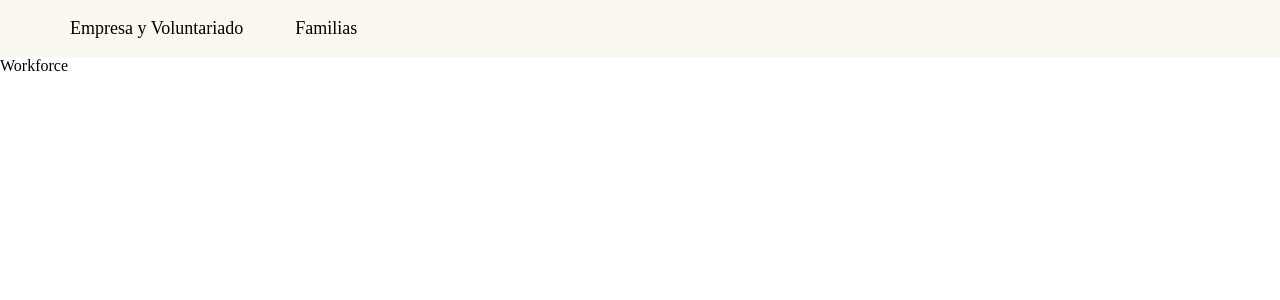
Repository: Synergy-club/reconstruction
Page: /
The author's editor kept a copy of each file at every save. The page is drawn from the files as they stood at one save, then again after the next save.
The browser window is 1280 px wide. The pictures show the whole page.
The project was rebuilt for these pictures with package versions that can differ from the ones it lists, and the page was loaded fresh each time. Also part of the build but not shown: vite.config.js, src/views/Families/Families.jsx.

Above is the page before, as saved 2024-12-10 01:24:36.

### index.html
<!DOCTYPE html>
<html lang="en">
  <head>
    <meta charset="UTF-8" />
    <link rel="icon" type="image/svg+xml" href="/vite.svg" />
    <meta name="viewport" content="width=device-width, initial-scale=1.0 user-scalable=no" />
    <meta name="description" content="Agrupación de profesionales de primer nivel de los sectores de la logística, arquitectura y construcción unidos para gestionar y coordinar los esfuerzos de reconstrucción tras las inundaciones. Garantizando la trazabilidad y transparencia de las donaciones.
      La emisión de certificados inmediatos de donaciones así como los reconocimientos al voluntariado se harán bajo el paraguas de Fundación Synergy Club internacional, una plataforma abierta que suma acciones de asociaciones y fundaciones. Siempre y todas ellas sin ninguna vinculación política y sin ánimo de lucro.
      Esta iniciativa está abierta a todos los profesionales, voluntarios y héroes vecinales que necesitan o pueden aportar recursos eficientes y de calidad para la reconstrucción.
      Nos apoyamos y promovemos las agrupaciones improvisadas de vecinos de las zonas afectadas por la catástrofe que han reaccionado y son un referente de ayuda inmediata y conocimiento real de las situaciones de sus vecinos."
    />
    <meta name="author" content="Synergy Clubs International" />
    <title>Reconstrucción Valencia</title>
  </head>
  <body>
    <div id="root"></div>
    <script type="module" src="/src/main.jsx"></script>
  </body>
</html>

### src/main.jsx
import { StrictMode } from 'react'
import { createRoot } from 'react-dom/client'
import { BrowserRouter } from 'react-router-dom'
import './assets/global-style/style.css'
import App from './App.jsx'
import { ReducerProvider } from './contexts/ReducerContext.jsx'
import { ReferenceProvider } from './contexts/ReferenceContext.jsx'

createRoot(document.getElementById('root')).render(
  <StrictMode>
    <BrowserRouter>
      <ReducerProvider>
        <ReferenceProvider>
          <App />
        </ReferenceProvider>
      </ReducerProvider>
    </BrowserRouter>
  </StrictMode>
)

### src/assets/global-style/style.css
@import url('https://fonts.googleapis.com/css2?family=Fira+Sans:ital,wght@0,100;0,200;0,300;0,400;0,500;0,600;0,700;0,800;0,900;1,100;1,200;1,300;1,400;1,500;1,600;1,700;1,800;1,900&display=swap');
:root {
  /* BACKGROUND COLOR */
  --sci-bg-dark: #222222;
  --sci-bg-white: #ffffff;
  --sci-primary-blue: #78b3ce;
  --sci-light-blue: #c9e6f0;
  --sci-light-cream: #fbf8ef;
  --sci-accent-orange: #f96e2a;

  /*FONT*/
  --sci-font-main: 'Fira Sans', sans-serif;

  /*COLOR TEXT*/
  --sci-text-dark: #222222;
  --sci-text-white: #ffffff;
  --sci-text-orange: #f96e2a;

  /*SPACING AND ROUNDED*/
  --sci-spacing-xs: 8px;
  --sci-spacing-s: 12px;
  --sci-spacing-m: 16px;
  --sci-spacing-l: 24px;
  --sci-spacing-xl: 48px;

  /*FONT SIZE*/
  --sci-font-size-xs: 12px;
  --sci-font-size-s: 16px;
  --sci-font-size-m: 18px;
  --sci-font-size-l: 22px;
  --sci-font-size-xl: 28px;
}
* {
  margin: 0;
  padding: 0;
  box-sizing: border-box;
  font-family: var(--font-main);
}

html {
  scroll-behavior: smooth;
}
h1,
h2,
h3,
h4,
h5 {
  font-size: var(--sci-font-size-xl);
}
p,
button,
li {
  font-size: var(--sci-font-size-m);
}

ul {
  list-style-type: disc;
  padding-left: 20px;
}
a {
  text-decoration: none;
}
button {
  cursor: pointer;
  background: none;
  padding: var(--sci-spacing-xs) var(--sci-spacing-s);
  border: none;
  transition: all 0.3s ease-in-out;
  display: flex;
  justify-content: center;
  align-items: center;
  gap: 8px;
}

button:hover {
  transform: scale(0.98);
}

@keyframes fadeInUp {
  0% {
    opacity: 0;
    transform: translateY(20px);
  }
  100% {
    opacity: 1;
    transform: translateY(0);
  }
}

.fadeIn {
  opacity: 1;
  animation: fadeInUp 0.5s ease-in;
}

@keyframes show {
  from {
    opacity: 0;
    scale: 50%;
  }
  to {
    opacity: 1;
    scale: 100%;
  }
}

@media (max-width: 850px) {
  h1,
  h2,
  h3,
  h4,
  h5 {
    font-size: var(--sci-font-size-xl);
  }

  button,
  li,
  p {
    font-size: var(--sci-font-size-s);
    line-height: 20px;
  }
}

@media (max-width: 400px) {
  h1,
  h2,
  h3,
  h4,
  h5 {
    font-size: var(--sci-font-size-xl);
  }
  li,
  button,
  a {
    font-size: var(--sci-font-size-s);
  }
  p {
    font-size: 14px;
  }
}

### src/App.jsx
import { Route, Routes } from 'react-router-dom'
import Layout from './layout/Layout'
import Workforce  from './views/Workforce/Workforce '
import Families from './views/Families/Families'
import NotFound from './views/404/NotFound'

const App = () => {
  return (
    <Routes>
      <Route path='/' element={<Layout />}>
        <Route index element={<Workforce  />} />
        <Route path='familias' element={<Families />} />
        {/*ERROR LINK*/}
        <Route path='*' element={<NotFound />} />
        <Route />
      </Route>
    </Routes>
  )
}

export default App

### src/contexts/ReducerContext.jsx
import { createContext } from 'react'

export const ReducerContext = createContext()
export const ReducerProvider = ({children}) => {
  return (
    <ReducerContext.Provider value={{}}>{ children }</ReducerContext.Provider>
  )
}

### src/contexts/ReferenceContext.jsx
import { createContext } from 'react'

export const ReferenceContext = createContext()

export const ReferenceProvider = ({ children }) => {
  return <ReferenceContext.Provider value={{}}>{children}</ReferenceContext.Provider>
}

### src/layout/Layout.jsx

import { Fragment } from 'react'
import { Outlet } from 'react-router-dom'
import Header from '../components/Header/Header'

const Layout = () => {
  return (
    <Fragment>
    <header><Header /></header>
    <div>
      <Outlet />

    </div>
    </Fragment>
  )
}

export default Layout

### src/views/Workforce/Workforce .jsx
const Workforce = () => {
  return <div>Workforce </div>
}

export default Workforce

### src/views/404/NotFound.jsx
import React, { useEffect } from 'react'
import { useNavigate } from 'react-router-dom'

const NotFound = () => {
  const navigate = useNavigate()
  useEffect(() => {
    const timeout = setTimeout(() => {
      navigate('../')
    }, 300)
    return () => clearTimeout(timeout)
  }, [navigate])
}

export default NotFound

### src/components/Header/Header.jsx
import { Link } from 'react-router-dom'
import './Header.css'

const Header = () => {
  return (
    <nav className='nav__container'>
      <button className='nav__content-link'>
        <Link to='/' />
        Empresa y Voluntariado
      </button>
      <button className='nav__content-link'>
        <Link to='familias' />
        Familias
      </button>
    </nav>
  )
}

export default Header

### src/components/Header/Header.css
.nav__container{
  width:100%;
  padding: 10px 50px;
  background-color: var(--sci-light-cream);
  display: flex;
  justify-content: start;
  align-items: center;
  gap:20px;
}

After the next save:
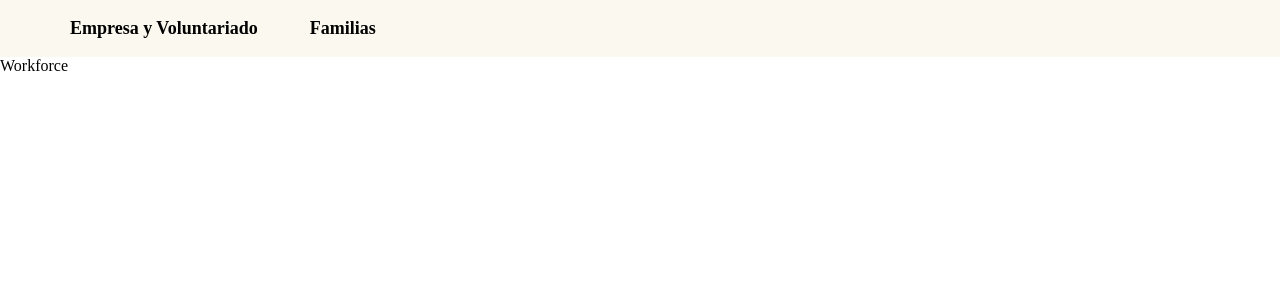
Saved 13 s later.
--- a/src/assets/global-style/style.css
+++ b/src/assets/global-style/style.css
@@ -70,6 +70,7 @@ button {
   justify-content: center;
   align-items: center;
   gap: 8px;
+  font-weight: 600;
 }
 
 button:hover {
